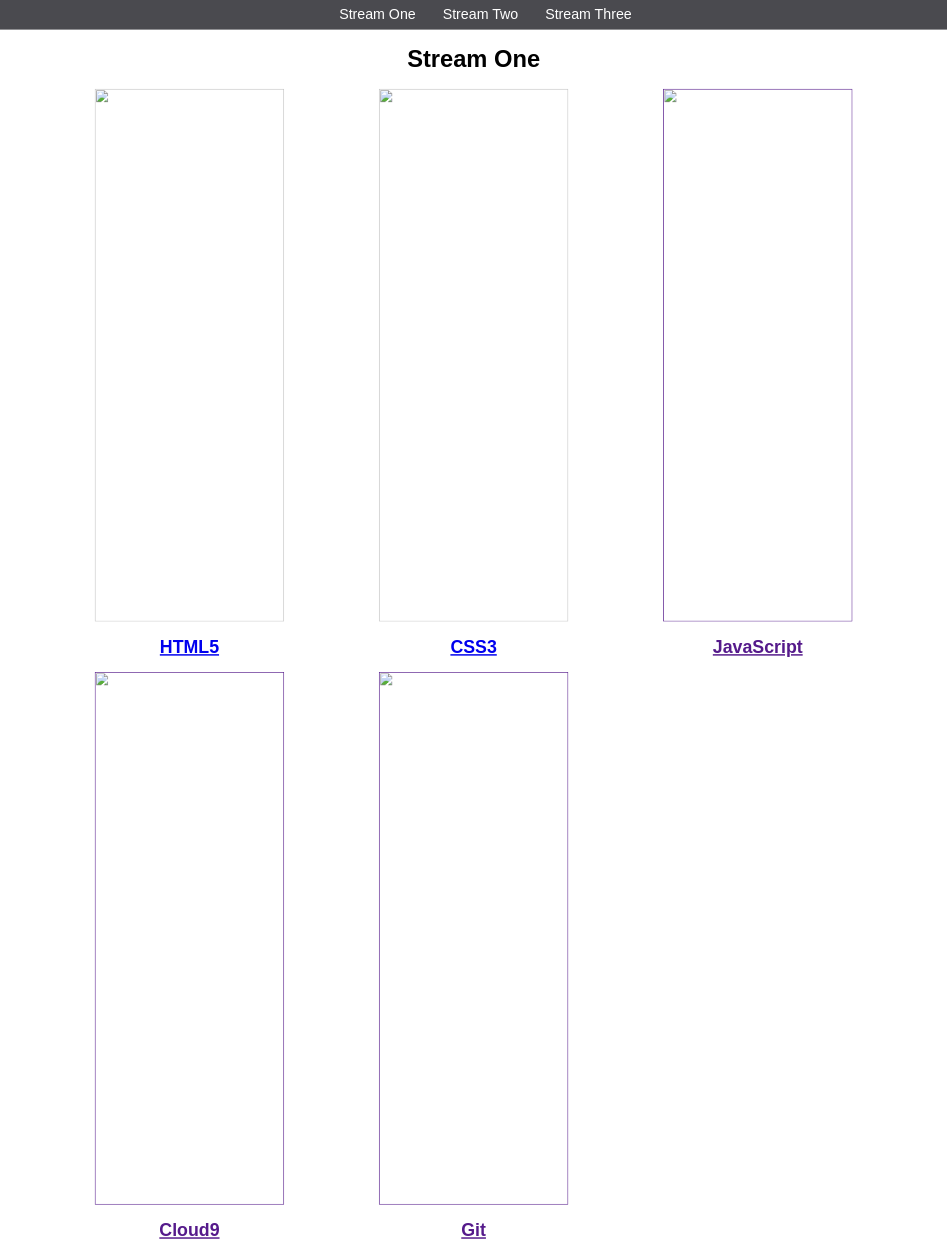
Repository: SheenaKennedy/my-first-website
Page: stream-one.html
The author's editor kept a record of every edit. The page is drawn from the files as they stood at one moment, then again after the next edit.
The browser window is 1280 px wide. The pictures show the whole page, at 74% of full size.

Above is the page before.

### stream-one.html
<html>
    <head>
        <title>
            Hello World!</title>
        <link rel="stylesheet" href="css/style.css" type="text/css" />
    </head>
    <body>
        <nav>
            <ul>
                <li><a href="stream-one.html">Stream One</a></li>
                <li><a href="stream-two.html">Stream Two</a></li>
                <li><a href="stream-three.html">Stream Three</a></li>
            </ul>
        </nav>
        <h1>Stream One</h1>

        <div class="card">
            <a href="https://en.wikipedia.org/wiki/HTML5">
                <img src=""/>
                <h2>HTML5</h2>
            </a>
        </div>

        <div class="card">
            <a href="https://en.wikipedia.org/wiki/Cascading_Style_Sheets">
                <img src="" />
                <h2>CSS3</h2>
            </a>
        </div>

        <div class="card">
            <a href="">
                <img src="">
                <h2>JavaScript</h2>
            </a>
        </div>

        <div class="card">
            <a href="">
                <img src="">
                <h2>Cloud9</h2>
            </a>
        </div>

        <div class="card">
            <a href="">
                <img src="">
                <h2>Git</h2>
            </a>
        </div>
    </body>
</html>

### css/style.css
body {
    margin:0;
    padding:0;
    font-family:"Oswald", sans-serif;
}

nav ul {
    list-style: none;
    background-color: #4a4a4f;
    text-align: center;
    margin: 0;
    padding: 0;
}

nav li {
    font-size: 1.2em;
    line-height: 40px;
    height: 40px;
    display: inline-block;
    margin-left: 2.5%;
}

nav a {
    text-decoration: none;
    color: #ffffff;
    display: block;
}

nav a:hover {
    background-color: #ffffff;
    color: #4a4a4f;
}

.card {
    float: left;
    width: 20%;
    margin-left: 10%;
}

.card a {
    text-align: center;
}

img {
    width: 100%;
}

h1 {
    text-align: center;
}

After the next edit:
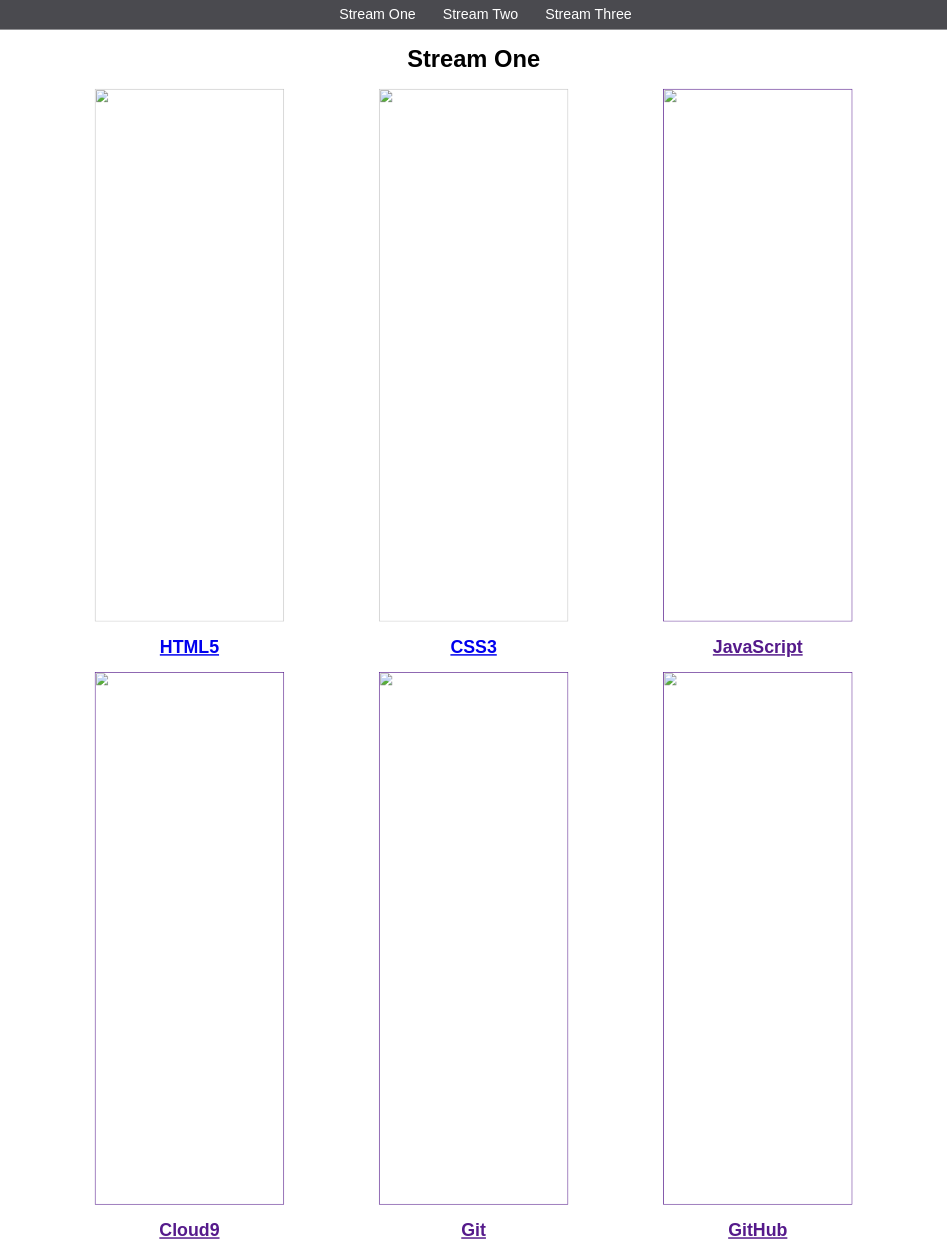
The edit:
--- a/stream-one.html
+++ b/stream-one.html
@@ -48,5 +48,12 @@
                 <h2>Git</h2>
             </a>
         </div>
+
+          <div class="card">
+            <a href="">
+                <img src="">
+                <h2>GitHub</h2>
+            </a>
+        </div>
     </body>
 </html>
